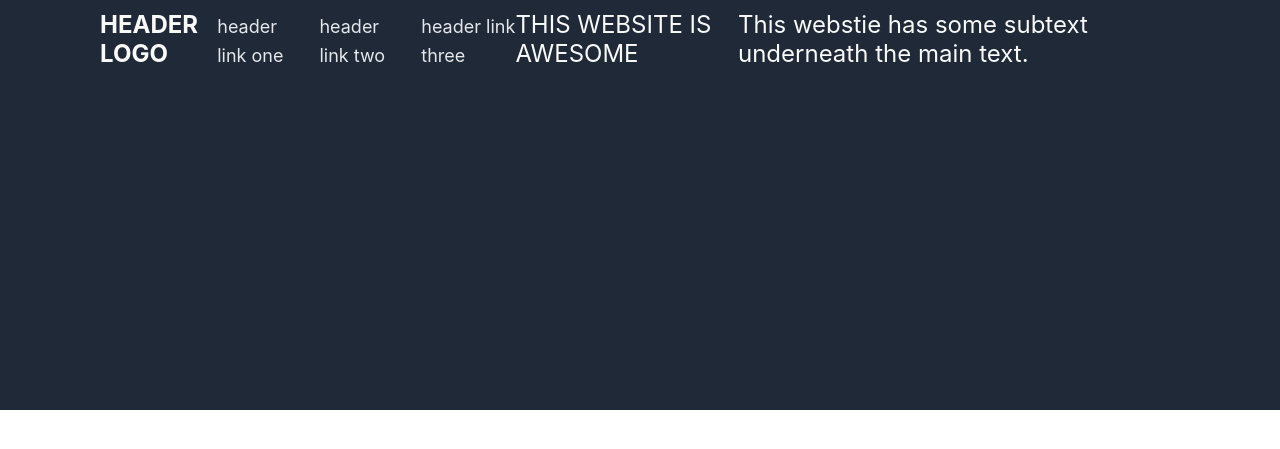
Repository: bbrockbrown/landing-page
Page: index.html
An editor plug-in stored every save of this project. The page is shown before and after the next save, followed by the edit.
The browser window is 1280 px wide. The pictures show the whole page.

Above is the page before, as saved 2024-07-24 11:36:40.

### index.html
<!DOCTYPE html>
<html lang="en">
<head>
    <meta charset="UTF-8">
    <meta name="viewport" content="width=device-width, initial-scale=1.0">
    <link rel="stylesheet" href="styles.css">
    <title>Landing Page</title>
</head>
<body>

    <div class="header">
        <div class="upper-header">
            <div class="logo" style="font-weight: bolder">HEADER LOGO</div>
            <ul class="header-links">
                <li><a href="https://www.google.com/" target="_blank">header link one</a></li>
                <li><a href="https://www.google.com/" target="_blank">header link two</a></li>
                <li><a href="https://www.google.com/" target="_blank">header link three</a></li>
            </ul>
        </div>

        <div class="header-content">
            <div class="awesome-text">
                THIS WEBSITE IS AWESOME
            </div>
            <div class="subtext">
                This webstie has some subtext underneath the main text.
            </div>
        </div>
    </div>




    <div class="body">
        <div class="box-container">

        </div>

        <div class="quote-container">

        </div>
    </div>

    <div class="sign-up">

    </div>

    <div class="footer">

    </div>

</body>
</html>

### styles.css
body {
    font-family: -apple-system, BlinkMacSystemFont, 'Segoe UI', Roboto, Oxygen, Ubuntu, Cantarell, 'Open Sans', 'Helvetica Neue', sans-serif;
    margin: 0;
    min-height: 100vh;
    display: flex;
    flex-direction: column;
}

.header {
    background-color: #1F2937;
    font-size: 24px;
    color: #F9FAF8;
    display: flex;
    padding: 10px 100px 50px 100px;
    height: 350px;
}

.upper-header {
    display: flex;
    justify-content: space-between;
}

.header-content {
    display: flex;
}

ul {
    margin: 0;
    padding: 0;
    list-style: none;
    display: flex;
    gap: 16px;
}

a {
    text-decoration: none;
    font-size: 18px;
    color: #E5E7EB;
}


.body {
    display: flex;
    flex: 1;
}

After the next save:
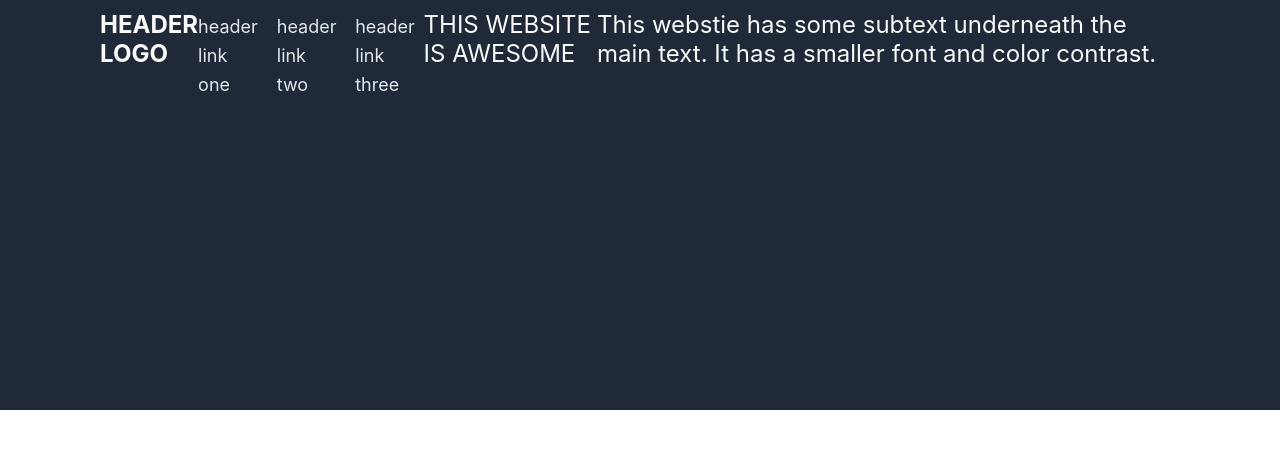
Saved 21 s later.
--- a/index.html
+++ b/index.html
@@ -24,6 +24,7 @@
             </div>
             <div class="subtext">
                 This webstie has some subtext underneath the main text.
+                It has a smaller font and color contrast.
             </div>
         </div>
     </div>
